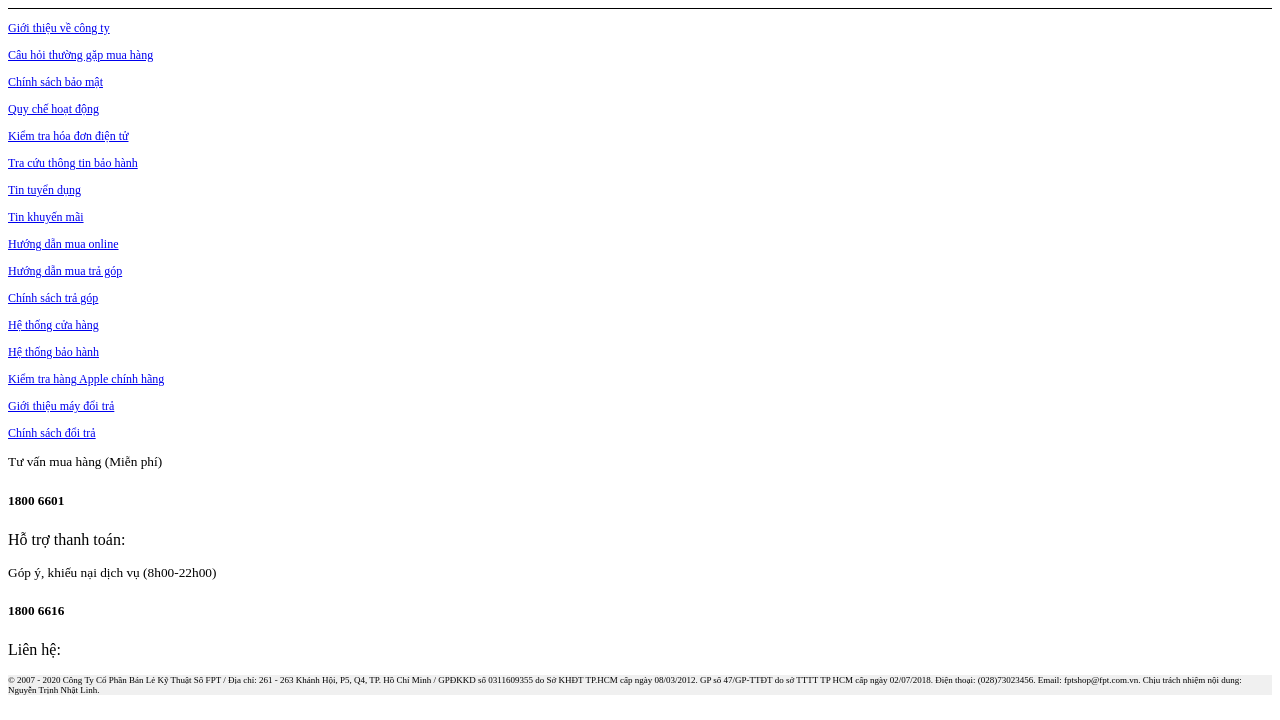
Repository: surface1999/javaweb
Page: http://localhost/BookStore/footer.jsp
The author's editor kept a copy of each file at every save. The page is drawn from the files as they stood at one save, then again after the next save.
The browser window is 1280 px wide. The pictures show the whole page.
The page is served by Tomcat 9.

Above is the page before, as saved 2020-11-23 03:01:32.

After the next save:
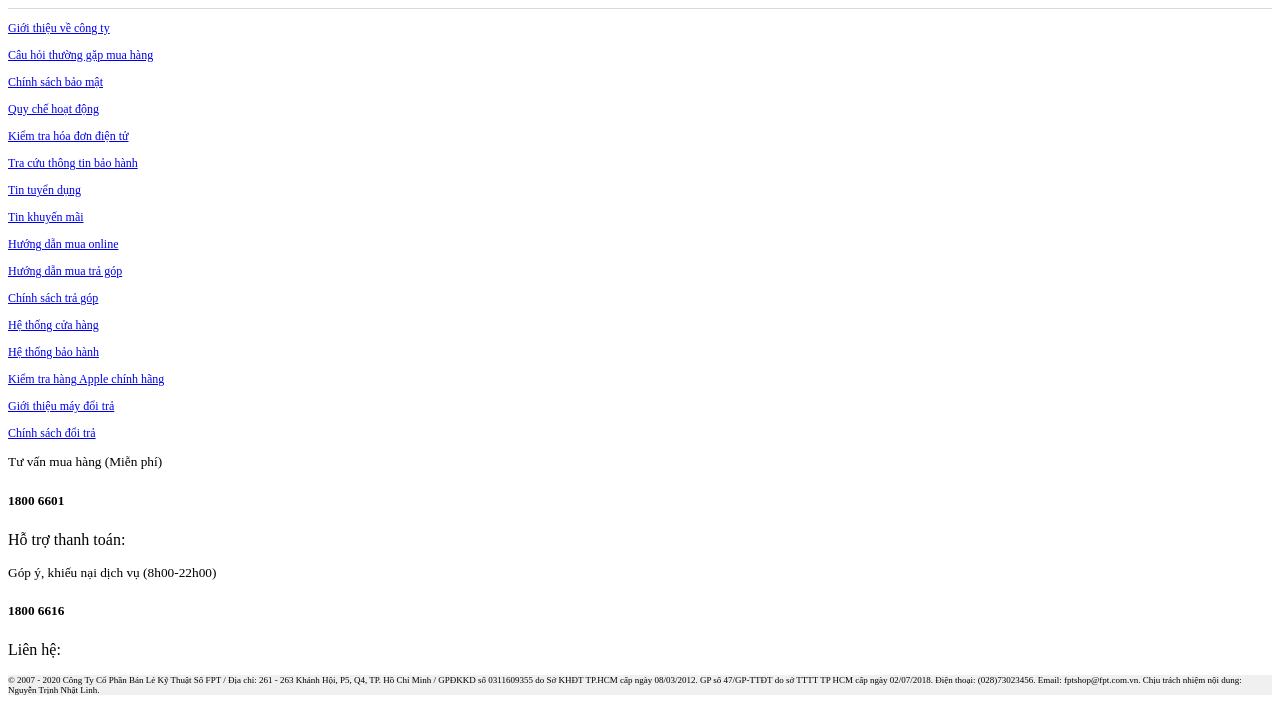
Saved 93 s later.
--- a/BookStore/WebContent/footer.jsp
+++ b/BookStore/WebContent/footer.jsp
@@ -7,7 +7,7 @@
 <title>footer</title>
 </head>
 <body>
-	<footer style="border-top: solid 1px black;">
+	<footer style="border-top: solid 1px #DFD7D7; background-color: #ffff">
 		<div class="row">
 			<div class="col-md-2"></div>
 			<div class="col mt-4">
